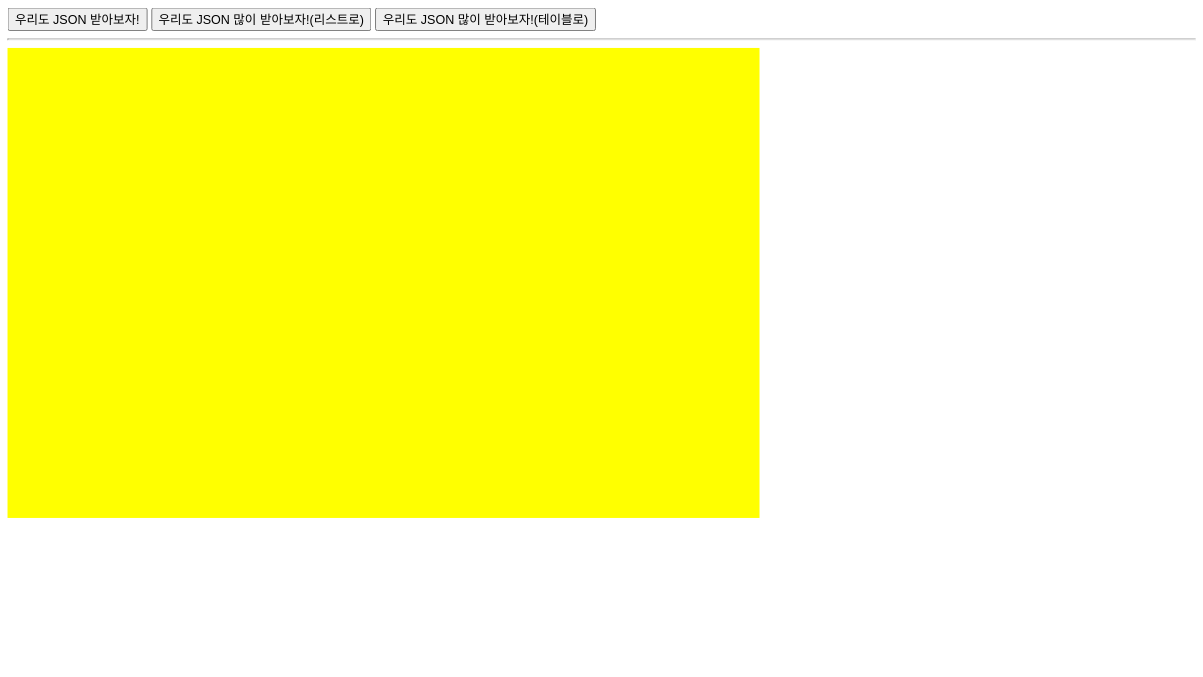
Repository: JayMon0327/Multicampus
Page: http://localhost/spring03/rest2.jsp
The author's editor kept a copy of each file at every save. The page is drawn from the files as they stood at one save, then again after the next save.
The browser window is 1280 px wide. The pictures show the whole page, at 94% of full size.
The page is served by Tomcat 9. Nobody is signed in. The application's start-up code is not run. Other server files are loaded and not shown.

Above is the page before, as saved 2022-12-09 01:34:08.

### spring03/src/main/webapp/rest2.jsp
<%@ page language="java" contentType="text/html; charset=UTF-8"
    pageEncoding="UTF-8"%>
<!DOCTYPE html>
<html>
<head>
<meta charset="UTF-8">
<title>Insert title here</title>
<script src="https://code.jquery.com/jquery-3.6.0.js"></script>
<script type="text/javascript">
	$(function() {
		$('#b1').click(function() {
			$.ajax({
				url : "jsonResponse1",
				dataType : "json",
				success : function(json) {
					alert(json)
					$('#d1').append(json.id + "<br>" +
								json.name + " " +
								json.url + " " +
								json.img)
				} //success
			})//ajax
		}) //b1
		$('#b2').click(function() {
			$.ajax({
				url : "jsonResponse2",
				dataType : "json",
				success : function(array) {
					//alert(array)
					//alert(array[0].id)
					for(i = 0; i < array.length; i++){
						console.log(array[i].id + " "+ array[i].img)
						$('#d1').append(
								"아이디: " + array[i].id +
								" 북마크이름: " + array[i].name +
								" url: <a href=" + array[i].url + ">GO URL</a>" +
								" img: <img src=" + array[i].img + "><br>"
						)//d1
					}//for
				} //success
			})//ajax
		}) //b1
	}) //$
</script>
</head>
<body>
<button id="b1">우리도 JSON 받아보자!</button>
<button id="b2">우리도 JSON 많이 받아보자!(리스트로)</button>
<button id="b3">우리도 JSON 많이 받아보자!(테이블로)</button>
<hr>
<div id="d1" style="background: yellow; width: 800px; height: 500px;"></div>
</body>
</html>

After the next save:
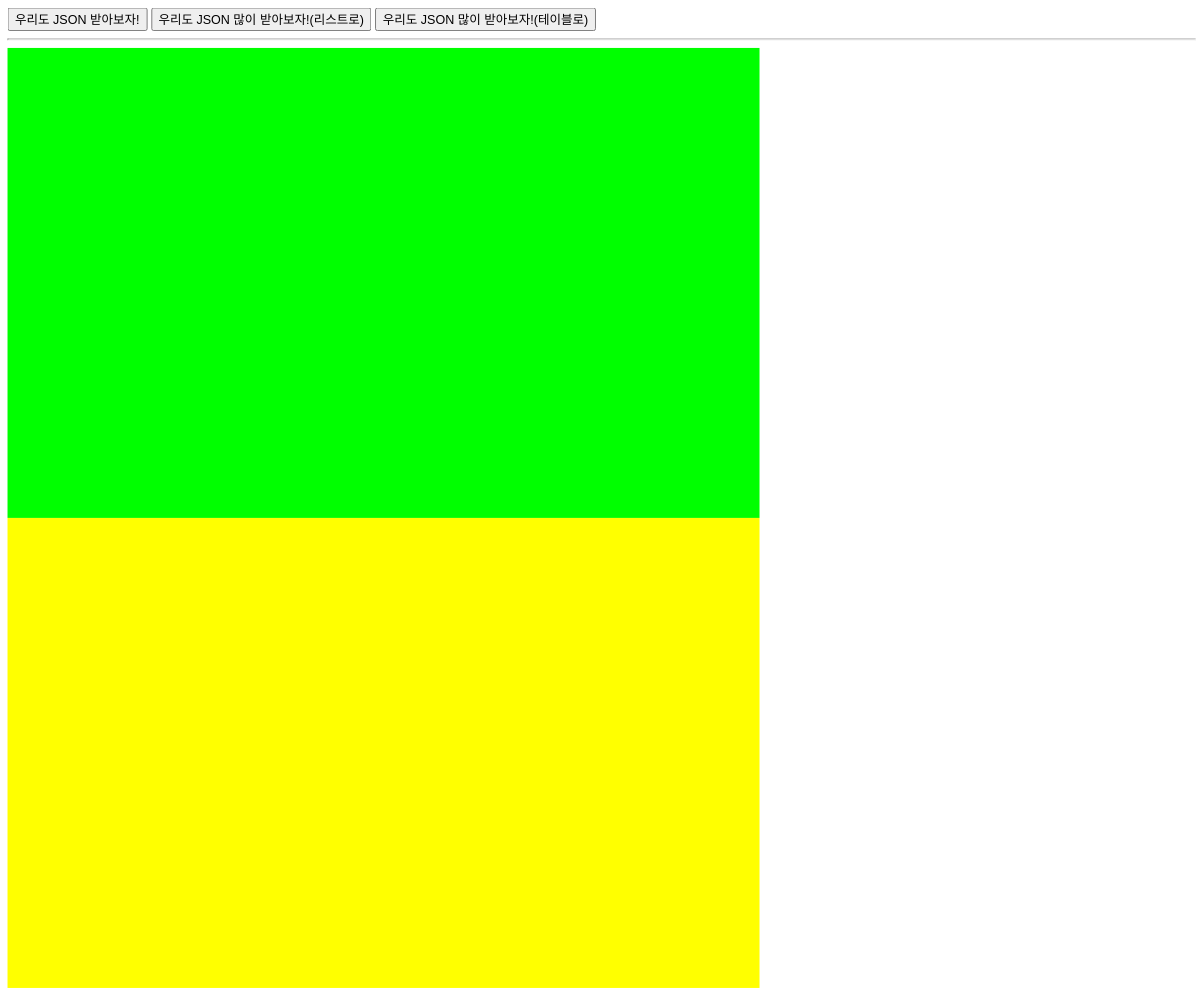
Saved 37 s later.
--- a/spring03/src/main/webapp/rest2.jsp
+++ b/spring03/src/main/webapp/rest2.jsp
@@ -48,6 +48,7 @@
 <button id="b2">우리도 JSON 많이 받아보자!(리스트로)</button>
 <button id="b3">우리도 JSON 많이 받아보자!(테이블로)</button>
 <hr>
+<div id="d2" style="background: lime; width: 800px; height: 500px;"></div>
 <div id="d1" style="background: yellow; width: 800px; height: 500px;"></div>
 </body>
 </html>
